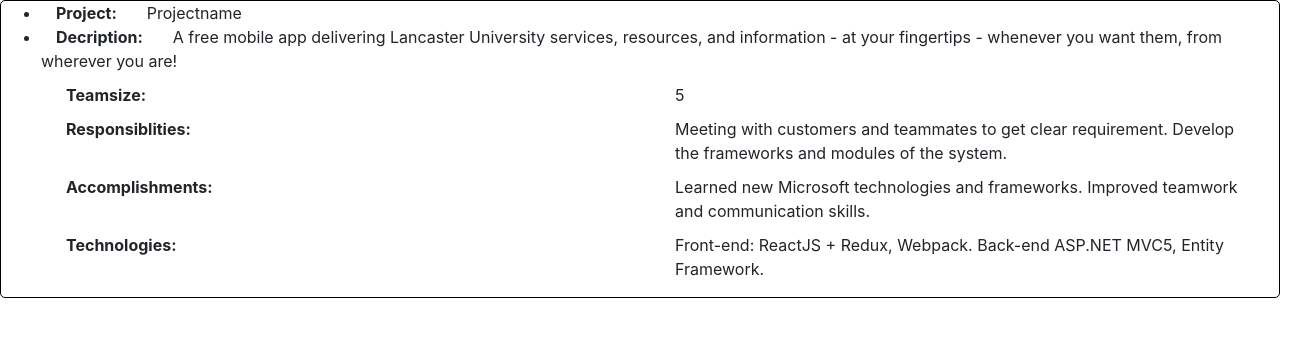
Repository: khoibanh113/mycv
Page: /
The author's editor kept a copy of each file at every save. The page is drawn from the files as they stood at one save, then again after the next save.
The browser window is 1280 px wide. The page is 1280 px wide, then 1294 px, so the pictures cover 1294 px, including what lies to the right of the window. The pictures show the whole page.
The project was rebuilt for these pictures with package versions that can differ from the ones it lists, and the page was loaded fresh each time. Also part of the build but not shown: src/css/avatar.css, src/component/avatar.js, src/css/contact.css, src/component/contact.js, src/component/study.js.

Above is the page before, as saved 2021-03-31 13:13:13.

After the next save:
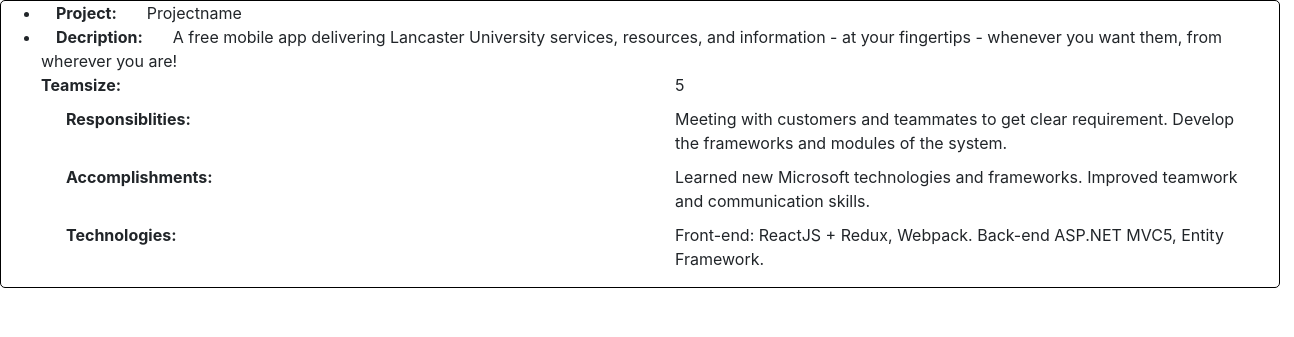
Saved 27 s later.
--- a/src/component/experience.js
+++ b/src/component/experience.js
@@ -17,7 +17,7 @@
                         A free mobile app delivering Lancaster University services, resources, and information - at your fingertips - whenever you want them, from wherever you are!
                         </span>
                     </li>
-                    <li className='row row-experience'>
+                    <li className='row'>
                         <b className="col">Teamsize:</b>
                         <span className="col">5</span>
                     </li>
